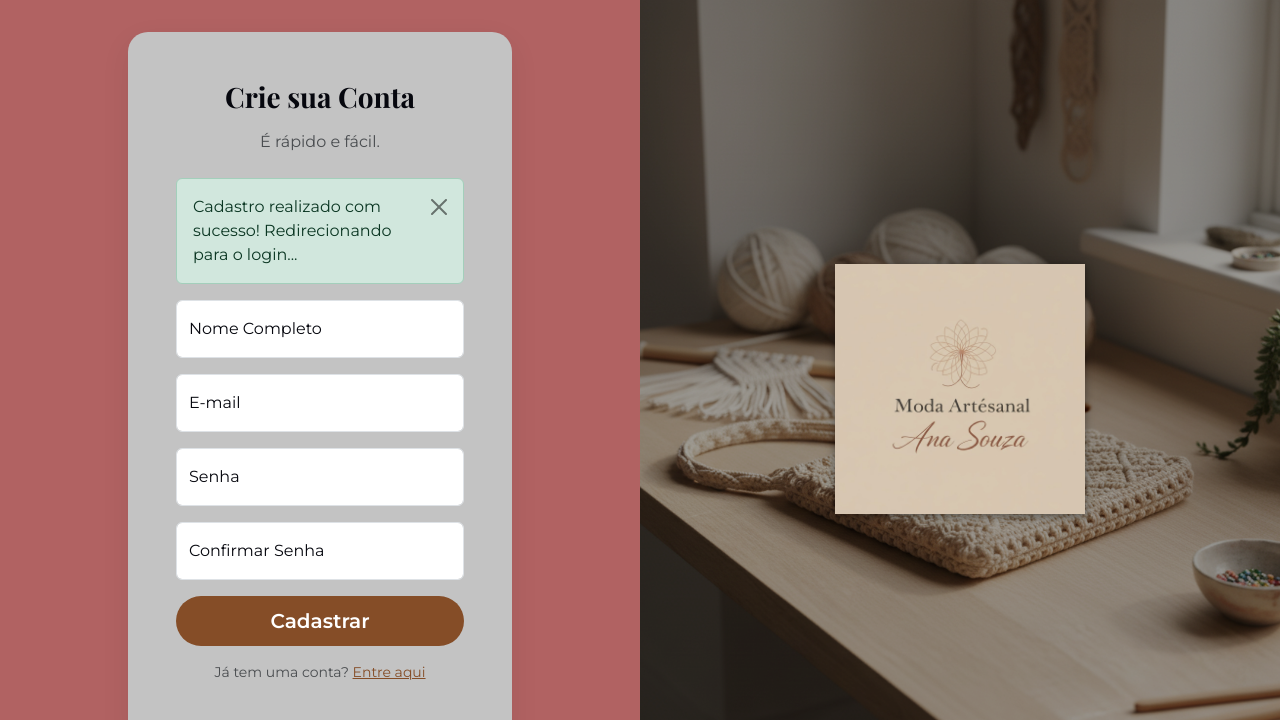
Repository: Lucascsg/projeto-anasouza-frontend
Page: cadastro.html
These files come from the project's save history. The page is drawn as it stood at one moment and after the next save; the edit follows.
The browser window is 1280 px wide. The pictures show the whole page.
Empty fields were first filled with sample values (such as "Sample", 5 or name@example.com).
After loading, the first visible `#cadastro-form` was submitted once.
The page's requests for data from a server got no answer.

Above is the page before, as saved 2025-10-28 00:46:22.

After the next save:
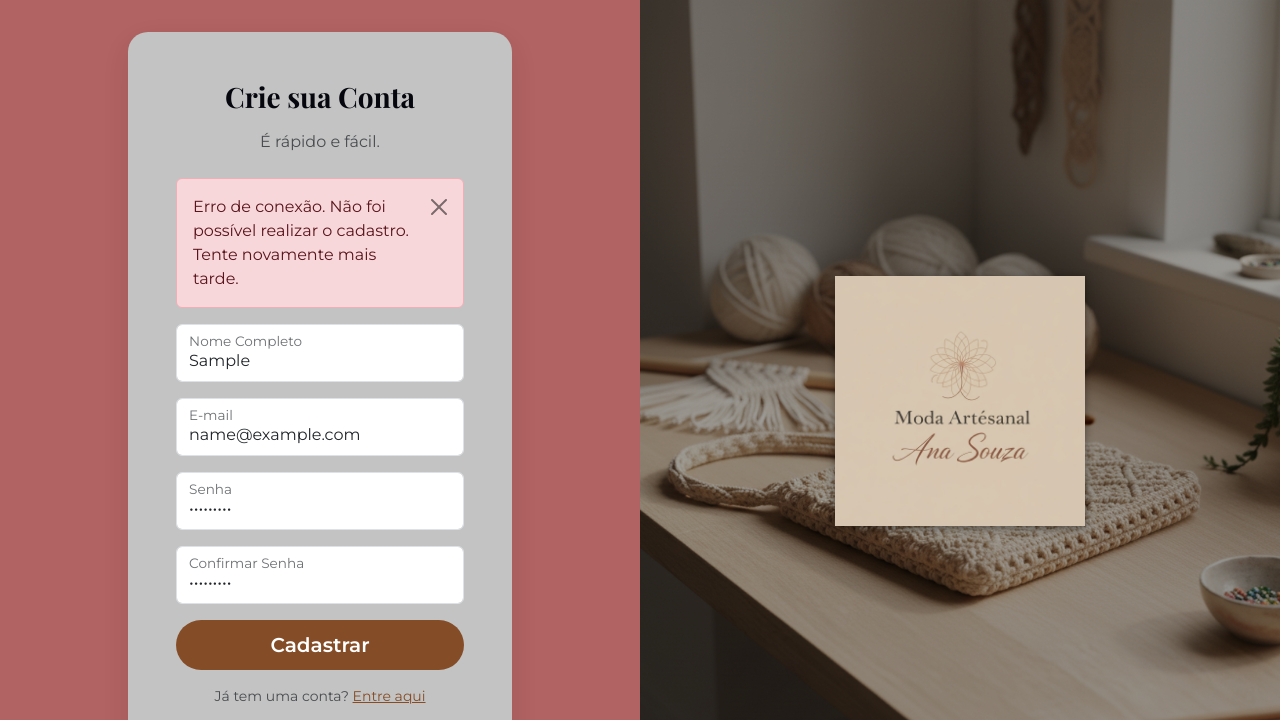
Saved 17 h 13 min later.
--- a/js/cadastro.js
+++ b/js/cadastro.js
@@ -2,7 +2,6 @@ document.addEventListener('DOMContentLoaded', () => {
     const cadastroForm = document.getElementById('cadastro-form');
     const alertPlaceholder = document.getElementById('alert-placeholder-cadastro');
 
-    // Função para mostrar alertas (igual à do login.js)
     const showAlert = (message, type) => {
         alertPlaceholder.innerHTML =
             `<div class="alert alert-${type} alert-dismissible fade show" role="alert">
@@ -12,8 +11,9 @@ document.addEventListener('DOMContentLoaded', () => {
     }
 
     if (cadastroForm) {
-        cadastroForm.addEventListener('submit', (event) => {
-            event.preventDefault(); // Impede o envio real
+        cadastroForm.addEventListener('submit', async (event) => { // Tornamos a função async
+            event.preventDefault();
+            alertPlaceholder.innerHTML = ''; // Limpa alertas anteriores
 
             const nomeInput = document.getElementById('nome');
             const emailInput = document.getElementById('email');
@@ -25,34 +25,58 @@ document.addEventListener('DOMContentLoaded', () => {
             const senha = senhaInput.value.trim();
             const confirmarSenha = confirmarSenhaInput.value.trim();
 
-            // 1. Validação: Campos Vazios
             if (nome === '' || email === '' || senha === '' || confirmarSenha === '') {
-                showAlert('Por favor, preencha todos los campos.', 'warning');
+                showAlert('Por favor, preencha todos os campos.', 'warning');
                 return;
             }
 
-            // 2. Validação: Senhas Coincidem
             if (senha !== confirmarSenha) {
                 showAlert('As senhas não coincidem.', 'danger');
-                // Limpa os campos de senha
                 senhaInput.value = '';
                 confirmarSenhaInput.value = '';
                 return;
             }
 
-            // 3. Simulação de Cadastro Bem-Sucedido
-            // Em um sistema real, aqui você enviaria os dados para o back-end
-            console.log("Simulando cadastro para:", nome, email);
+            // --- CONEXÃO COM O BACK-END ---
+            try {
+                const response = await fetch('http://localhost:8080/api/auth/registrar', {
+                    method: 'POST',
+                    headers: {
+                        'Content-Type': 'application/json', // Informa que estamos enviando JSON
+                    },
+                    // Converte os dados do formulário em uma string JSON
+                    body: JSON.stringify({
+                        nome: nome,
+                        email: email,
+                        senha: senha
+                    }),
+                });
 
-            showAlert('Cadastro realizado com sucesso! Redirecionando para o login...', 'success');
+                // Pega a resposta do backend (mesmo se for erro)
+                const data = await response.json();
 
-            // Limpa o formulário
-            cadastroForm.reset();
+                if (response.ok) { // Status 2xx (geralmente 201 Created)
+                    showAlert('Cadastro realizado com sucesso! Redirecionando para o login...', 'success');
+                    cadastroForm.reset();
+                    setTimeout(() => {
+                        window.location.href = 'login.html';
+                    }, 2000);
+                } else {
+                    // Mostra a mensagem de erro vinda do backend (ex: email já existe)
+                    showAlert(data.message || `Erro ${response.status}: Não foi possível realizar o cadastro.`, 'danger');
+                    // Limpa apenas o campo de senha se o erro for de email duplicado
+                    if (response.status === 409) { // 409 Conflict (Email já existe)
+                       senhaInput.value = '';
+                       confirmarSenhaInput.value = '';
+                    }
+                }
 
-            // Redireciona para a página de login após um delay
-            setTimeout(() => {
-                window.location.href = 'login.html';
-            }, 2000); // Espera 2 segundos
+            } catch (error) {
+                // Erro de rede ou o backend está desligado
+                console.error('Erro ao tentar cadastrar:', error);
+                showAlert('Erro de conexão. Não foi possível realizar o cadastro. Tente novamente mais tarde.', 'danger');
+            }
+            // --- FIM DA CONEXÃO ---
         });
     }
 });
